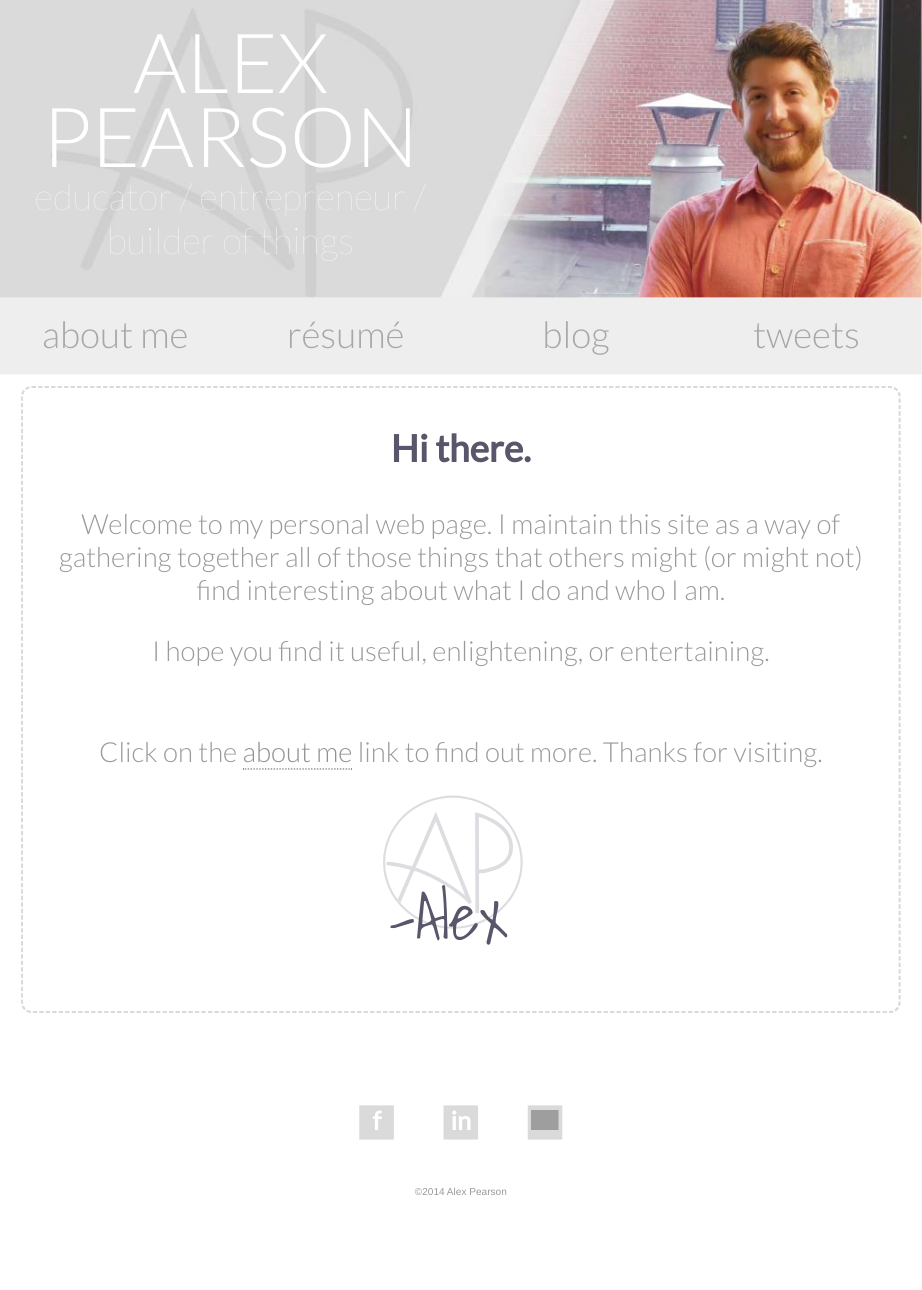
Repository: NAlexPear/personal-page
Page: about/index.html
The author's editor kept a record of every edit. The page is drawn from the files as they stood at one moment, then again after the next edit.
The browser window is 1280 px wide. The pictures show the whole page, at 72% of full size.
Pictures or frames that could not be fetched are drawn as grey boxes.

Above is the page before.

### about/index.html
<!DOCTYPE html>
<html lang="en-us">

<head>
<meta charset="utf-8">
<!-- Set the viewport width to device width for mobile -->
<meta name="viewport" content="width=device-width, initial-scale=1, maximum-scale=1, user-scalable=0">
<link rel="shortcut icon" href="../theme/images/favicon.ico" type="image/x-icon">
<link rel="icon" href="../theme/images/favicon.ico" type="image/x-icon">
<title>Alex Pearson</title>
<!-- Included CSS Files -->
<link rel="stylesheet" href="../theme/css/maintemplate2.css">
<!-- IE Fix for HTML5 Tags -->
<!--[if lt IE 9]>
		<script src="http://html5shiv.googlecode.com/svn/trunk/html5.js"></script>
	<![endif]-->

<link rel="canonical" href="http://alexpear.com">
<link rel="shortlink" href="http://alexpear.com">

<link href='https://fonts.googleapis.com/css?family=Lato:100,300,400' rel='stylesheet' type='text/css'>
<link href='https://fonts.googleapis.com/css?family=Shadows+Into+Light' rel='stylesheet' type='text/css'>
<!--Scripts below-->
<script type="text/javascript" src="../theme/js/analytics.js"></script>

</head>

<body>
    <div style="background-color: #EEEEEE;">
    <div class="topstuff">
        <img src="../theme/images/alexsmilin3.jpg" width="100%" height="auto"></img>
        <div class="splash">
            <div id="splashname">
                ALEX PEARSON
            </div>
            <div id="splashtag">
                educator / entrepreneur / builder of things
            </div>
        </div>
    </div>
        <ul id="navbubbles">
            <li id="about">
                <div class="navreact">
                    <a href="http://www.alexpear.com/about" title="About Alex" alt="About Alex">
                        <div>about me</div>
                    </a>
                </div>
            </li>
            <li id="resume">
                <div class="navreact">
                    <a href="http://alexpear.com/resume" title="Alex's Resume" alt="Alex's Resume">
                        <div>résumé</div>
                    </a>
                </div>
            </li>
            <li id="blog">
                <div class="navreact">
                    <a href="http://alexpear.com/blog" title="Alex's Blog" alt="Alex's Blog">
                        <div>blog</div>
                    </a>
                </div>
            </li>
            <li id="blog">
                <div class="navreact">
                    <a href="http://alexpear.com/tweets" title="Alex's Twitter Feed" alt="Alex's Tweets">
                        <div>tweets</div>
                    </a>
                </div>
            </li>
        </ul>
    </div>
    <div id="content-wrapper">
        <div id="content">
            <p style="font-weight:bold; text-align: center; font-size:4vw; color:#59556A;">Hi there.</p>
            <p style="text-align:center;">Welcome to my personal web page. I maintain this site as a way of gathering together all of those things that others might (or might not) find interesting about what I do and who I am.
            <br>
            <p style="text-align:center;">I hope you find it useful, enlightening, or entertaining.</p>
            <br>
            <p style="text-align:center;">Click on the <a href="http://alexpear.com/about">about me</a> link to find out more. Thanks for visiting.</p>
            <div class="signature">
                <img src="../theme/images/APlogo3.svg">
                <h1>-Alex</h1>
            </div>


        </div>
    </div>
</body>
<footer>
    <div class="socialmedia">
        <ul id="socialmediabuttons">
            <li id="fb"><a href="https://www.facebook.com/alex.pearson.568" title="facebook">f</a></li>
            <li id="in"><a href="https://www.linkedin.com/pub/alex-pearson/a4/492/a16" title="linkedin">in</a></li>
            <li id="twit"><a href="https://twitter.com/NAlexPearson" title="twitter"><img src="http://i.imgur.com/KlB8yzw.png" width="80%"></a></li>

        </ul>
    </div>
    <div class="copyright">©2014 Alex Pearson</div>
</footer>
<!--<body>-->
<!--    <div>-->
<!--        <div>-->
<!--            <ul id="navbubbles">-->
<!--                <li class="aboutpagebuttons"><img src="http://i.imgur.com/VPk4w5T.jpg" width="100%"/></li>-->
<!--                <li class="aboutpagebuttons"><img src="http://i.imgur.com/7XGbVoA.jpg" width="100%"/></li>-->
<!--                <li class="aboutpagebuttons"><img src="http://i.imgur.com/54ftRHh.jpg" width="100%"/></li>-->
<!--            </ul>-->
<!--        </div>-->
<!--        <p class="main">Hi there. Thanks for looking at my page. I'm a recent transplant to St. Louis by way of Nashville. For the past three years, I've been running my own weightlifting, CrossFit, and general fitness business.</p>-->
<!--        <div>-->
<!--            <ul id="navbubbles">-->
<!--                <li class="aboutpagebuttons"><img src="http://i.imgur.com/GGhYqPX.jpg" height="100%"></img></li>-->
<!--                <li class="aboutpagebuttons"><img src="http://i.imgur.com/pjjaoxQ.jpg" width="100%"></img></li>-->
<!--                <li class="aboutpagebuttons"><img src="http://i.imgur.com/vcil9Jb.jpg" width="100%"></img></li>-->
<!--            </ul>-->
<!--        </div>-->
<!--        <p class="main">After building my business from scratch into a self-sustaining (and sell-able) community, it was time to move on to the next adventure. So here I am. You can still find me in the weight room and on the competition platform, but as an athlete instead of full-time coach.</p>-->
<!--        <div>-->
<!--            <ul id="navbubbles">-->
<!--                <li class="aboutpagebuttons"><img src="http://i.imgur.com/yh2LGXZ.jpg" height="100%"></li>-->
<!--                <li class="aboutpagebuttons"><img src="http://i.imgur.com/htYHARt.jpg" width="100%"></li>-->
<!--                <li class="aboutpagebuttons"><img src="http://i.imgur.com/kY4R3GA.jpg" height="100%"></li>-->
<!--            </ul>-->
<!--        </div>-->
<!--        <p class="main">For now, it's time for me to get connected to the St. Louis entrepreneurial scene and get started on the next business idea. If you'd like to work with me, check out my resume on the front page, or shoot me an email at alex@alexpear.com.</p>-->
<!--    </div>-->
<!--</body>-->

### theme/css/maintemplate2.css
html{
    -webkit-font-smoothing: antialised;
    margin:0;
}

body{
    background-color: rgb(255,255,255);
    margin:0;
}

p {
    font-family: georgia, "Times New Roman";
    font-size: 4vw;
    color: rgb(155,155,155);
}

a {
    text-decoration: none;
    color: rgba(100,100,100,0.7);
}

a:hover {
    color: rgba(100,100,100,1.0);
}

.topstuff{
    width: 100%;
}

.splash {
    width: 50%;
    position: absolute;
    margin-top: -30%;
}

#content-wrapper{
    width:95%;
    margin-left:auto;
    margin-right:auto;
    border: 0.3vw dashed #dadada;
    border-radius: 15px;
}

#content{
    padding-left:1.5vw;
    padding-right:1.5vw;
}

#content p{
    font-size:3vw;
    font-family:'Lato', 'Helvetica', 'sans-serif';
    font-weight:300;
}

#content ul{
    font-family: 'Lato', 'Helvetica', 'sans-serif';
    font-size: 0.8em;
    opacity: 0.3;
}

#content a{
    border-bottom:0.2vw dotted;
}

#content a:hover{
    border-bottom:0.2vw solid;
}

.signature{
    width:40%;
    height:auto;
    margin-left:auto;
    margin-right:auto;
}

.signature img{
    /*float:left;*/
    margin-left:27%;
    width:40%;
    height:14vw;
    margin-bottom:0;
    opacity: 0.2;
    border: 0.3vw solid #59556a;
    border-radius:50%;
}

.signature h1{
    font-family: 'Shadows Into Light', 'cursive';
    font-size: 7vw;
    font-weight:300;
    margin-left:29%;
    margin-top:-20%;
    padding-top:0;
    color:#59556a;
}

#splashname{
    position:relative;
    font-family: 'Lato', "sans-serif";
    text-align: center;
    font-weight: 300;
    font-size:9vw;
    line-height:90%;
    padding-bottom: 0vw;
    color: rgb(255,255,255);
}

#splashtag{
    position:relative;
    font-family:'Lato',"Sans-Serif";
    font-size:4vw;
    font-weight: 100;
    color: rgb(255,255,255);
    text-align: center;
}

#navbubbles{
    list-style-type:none;
    display:table;
    table-layout:fixed;
    width: 100%;
    padding-bottom: 2vw;
    padding-left: 0px;
}

#navbubbles li{
    display: table-cell;
    text-align: center;
    font-family: 'Lato', "Sans-Serif";
    font-size: 4vw;
    font-weight: 300;
    color:#ffffff;;
}

.navreact a{

   color:#A8A8A8;
  -o-transition:.5s color;
  -ms-transition:.5s color;
  -moz-transition:.5s color;
  -webkit-transition:.5s color;
   transition: .5s color;
}

.navreact a:hover{
    color: #51504f;
}




.socialmedia{
    margin-top: 10%;
}

footer ul { list-style: none; margin: 0 auto; overflow: hidden; padding: 0; width: 50%; min-width:200px; max-width:350px;
    margin-left: auto;
    margin-right: auto;
    display: table;
    table-layout:fixed;
}
footer ul li {display: table-cell; font-family: lato, "sans-serif"; font-size: 2.2em; font-weight: bold;}
footer ul li:last-child {margin-right: 0; }
footer ul li a { background: #DADADA; display:block; color: #fff; overflow: hidden; text-decoration: none; -webkit-transition: all .3s ease; width: 48px; height: 48px;margin-left:auto;margin-right:auto;}
footer ul li a:hover, footer ul li a:focus, footer ul li a:active { background: #51504f; color: #fff; }

#socialmediabuttons {
    text-align: center;
    /*direction:ltr;*/
}

#in{
    font-weight: bolder;
}

.copyright {
    margin-top:5%;
    margin-bottom:10%;
    text-align: center;
    font-family: helvetica, "Sans-Serif";
    font-size: 14px;
    opacity: 0.4;
}

### theme/js/analytics.js
(function(i,s,o,g,r,a,m){i['GoogleAnalyticsObject']=r;i[r]=i[r]||function(){(i[r].q=i[r].q||[]).push(arguments)},i[r].l=1*new Date();a=s.createElement(o),m=s.getElementsByTagName(o)[0];a.async=1;a.src=g;m.parentNode.insertBefore(a,m)})(window,document,'script','//www.google-analytics.com/analytics.js','ga');ga('create','UA-56023800-1','auto');ga('send','pageview');

After the next edit:
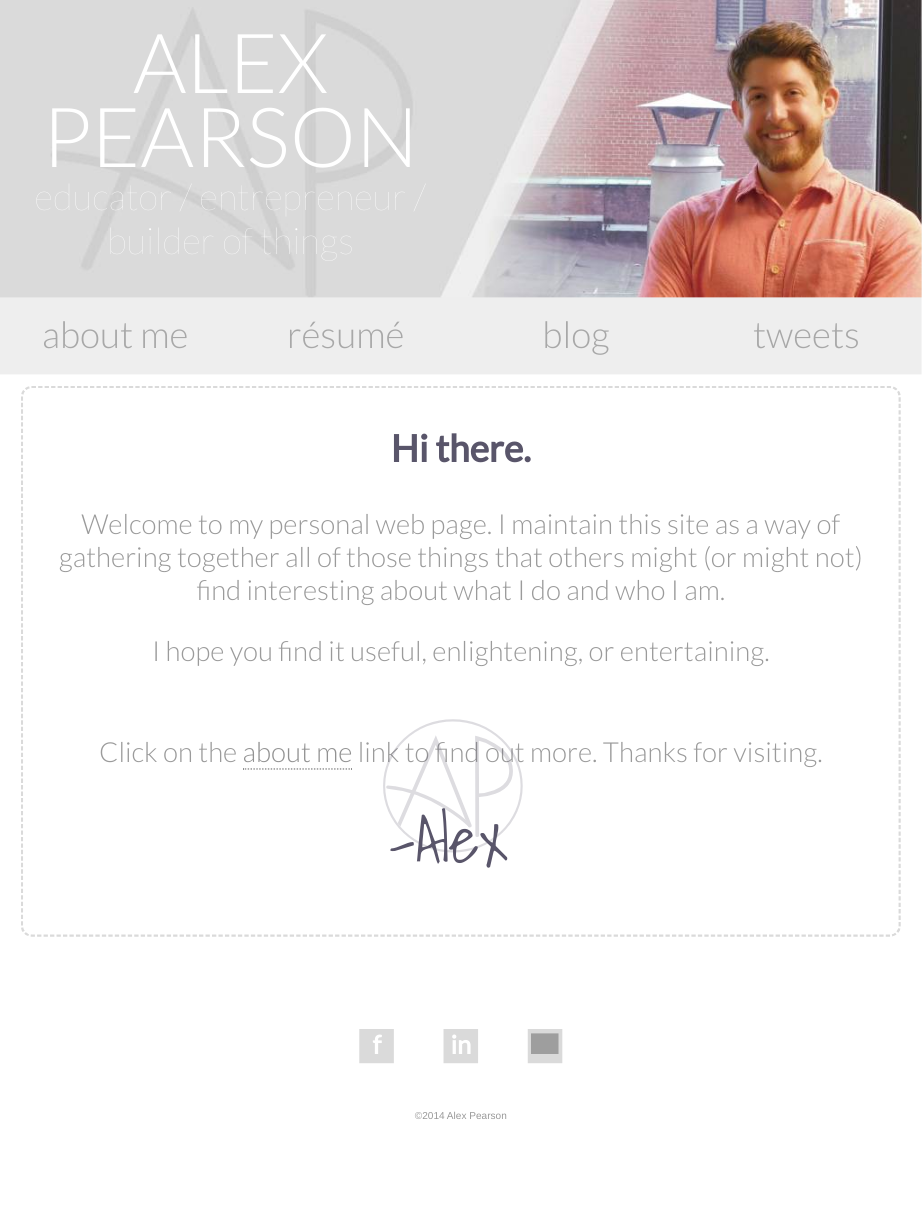
The edit:
--- a/theme/css/maintemplate2.css
+++ b/theme/css/maintemplate2.css
@@ -71,6 +71,7 @@
     height:auto;
     margin-left:auto;
     margin-right:auto;
+    margin-top:-9%;
 }
 
 .signature img{
